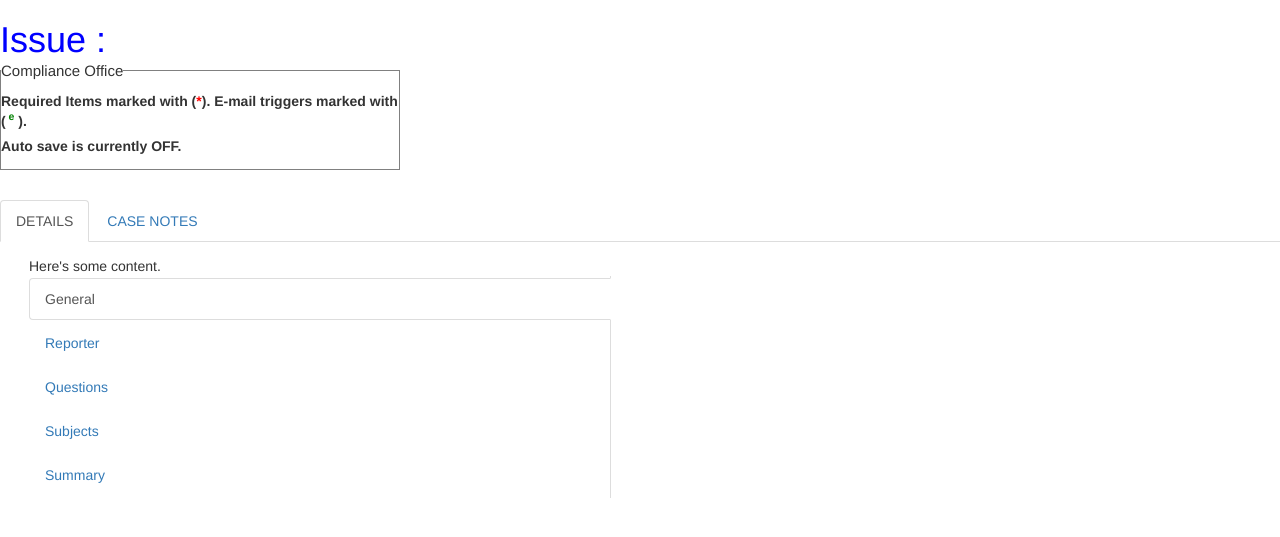
Repository: ManjushaDaram/LibraryPramati
Page: /
These files come from the project's save history. The page is drawn as it stood at one moment and after the next save; the edit follows.
The browser window is 1280 px wide. The pictures show the whole page.
The project was rebuilt for these pictures with package versions that can differ from the ones it lists, and the page was loaded fresh each time. Also part of the build but not shown: angular.json.

Above is the page before, as saved 2019-04-18 12:21:58.

After the next save:
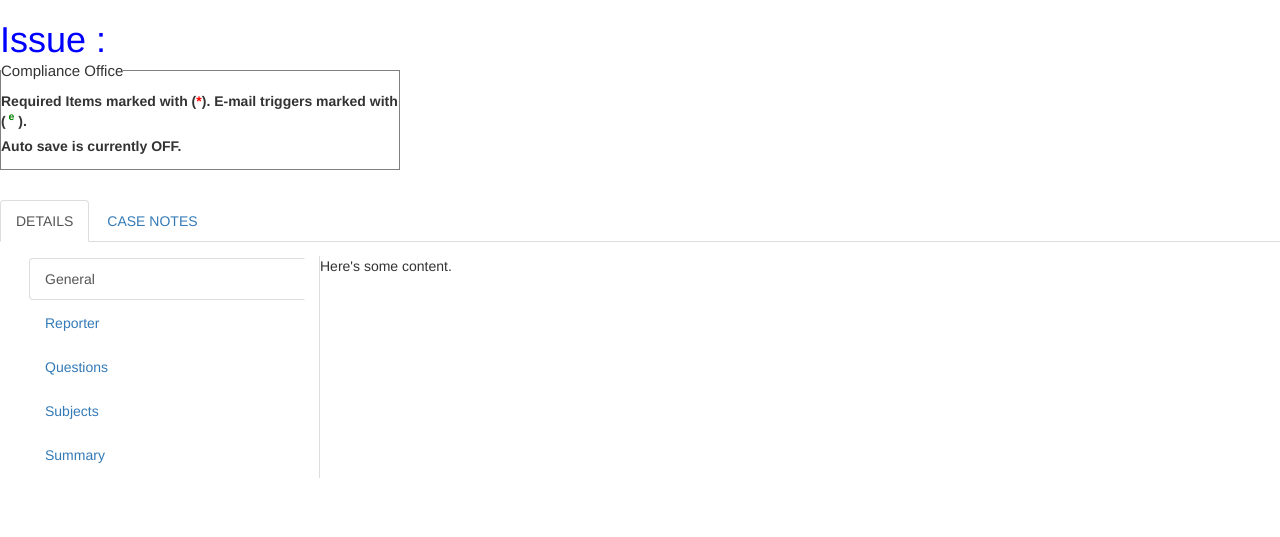
Saved 21 s later.
--- a/src/app/AddIssue/addissue/addissue.component.html
+++ b/src/app/AddIssue/addissue/addissue.component.html
@@ -19,7 +19,7 @@
     <tab tabTitle="DETAILS" class="col-md-6">
       Here's some content.
 
-          <ul class="nav nav-tabs tabs-left">
+          <ul class="nav nav-tabs tabs-left col-md-6">
             <li class="active"><a href="#home" data-toggle="tab">General</a></li>
             <li><a href="#profile" data-toggle="tab">Reporter</a></li>
             <li><a href="#messages" data-toggle="tab">Questions</a></li>
